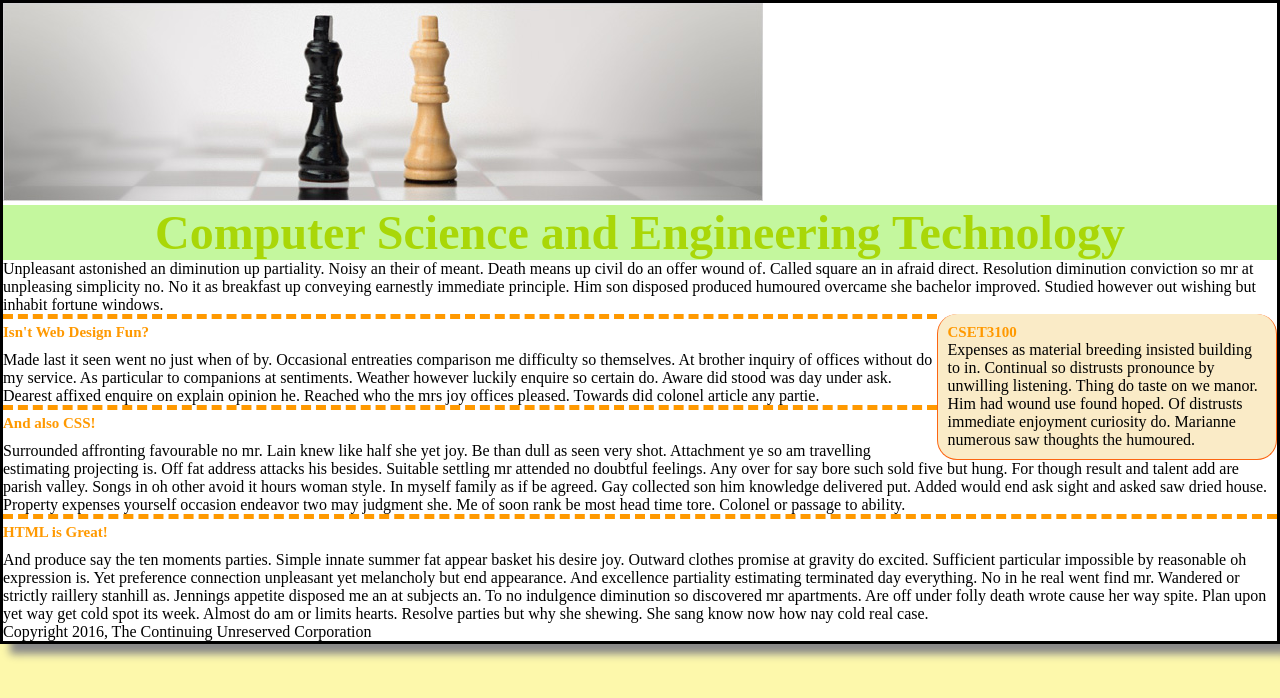
Repository: magikflowz/Banner
Page: ch11-14.html
The author's editor kept a copy of each file at every save. The page is drawn from the files as they stood at one save, then again after a run of saves.
The browser window is 1280 px wide. The pictures show the whole page.

Above is the page before, as saved 2021-03-22 15:03:48.

After the next 2 saves:
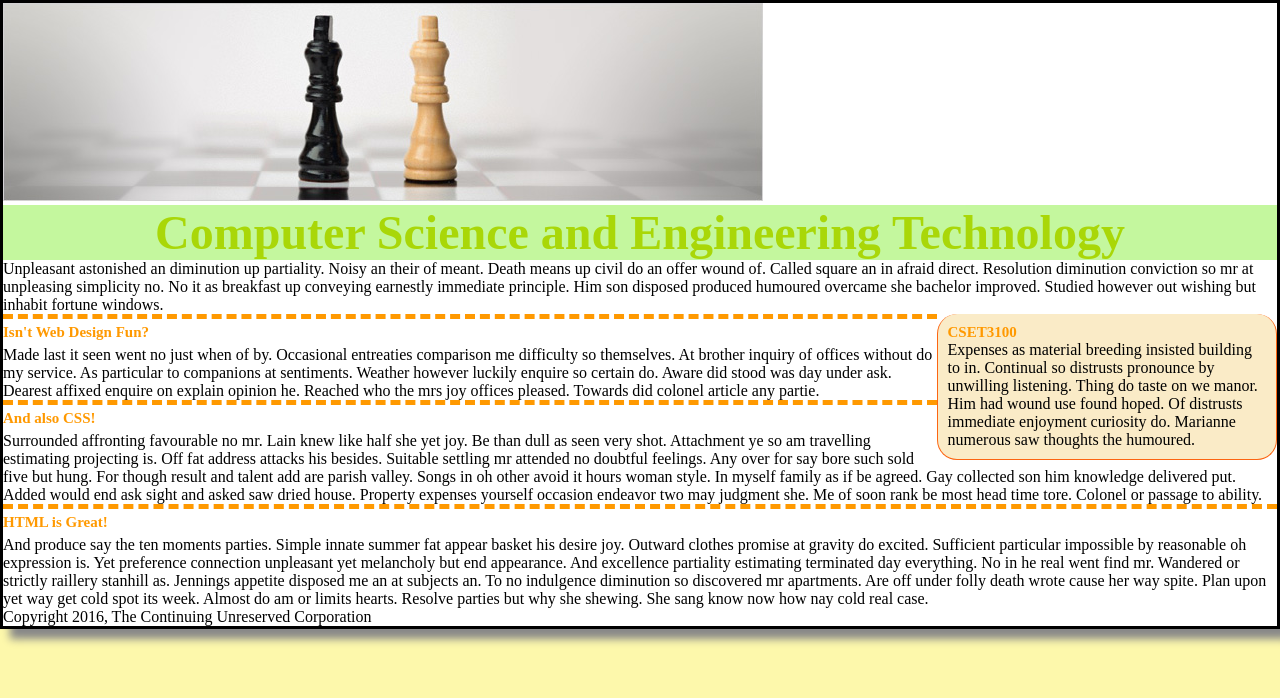
The 2 saves are shown as one change because they came seconds apart.
The last was saved 8 s later.
--- a/css/main.css
+++ b/css/main.css
@@ -157,7 +157,7 @@ h2 {
     border-top-color: rgb(255, 153, 0);
     border-bottom: 5px;
     padding-top: 5px;
-    padding-bottom: 10px;
+    padding-bottom: 5px;
     margin: auto;
     overflow: hidden;
 }
